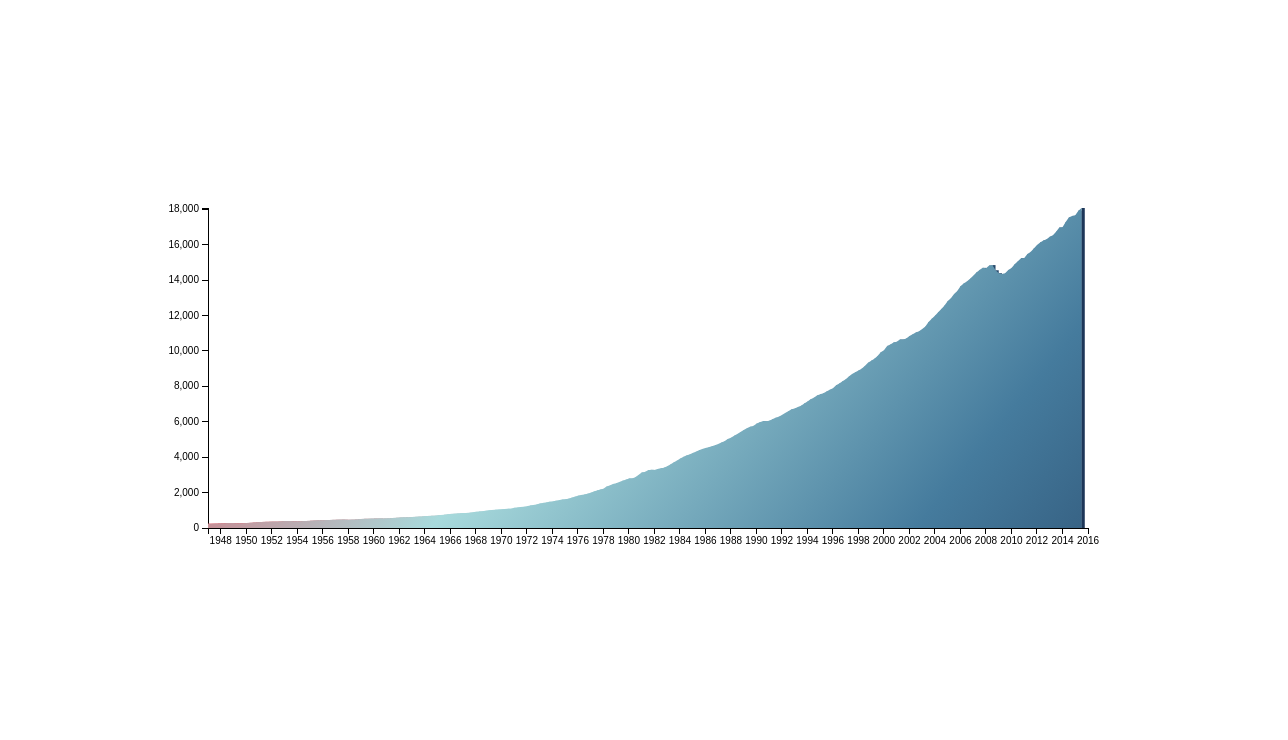
Repository: zizhang-AI/d3-barChart
Page: hello-world.html
The author's editor kept a record of every edit. The page is drawn from the files as they stood at one moment, then again after the next edit.
The browser window is 1280 px wide. The page is 1288 px wide, so the pictures cover 1288 px, including what lies to the right of the window. The pictures show the whole page.

Above is the page before.

After the next edit:
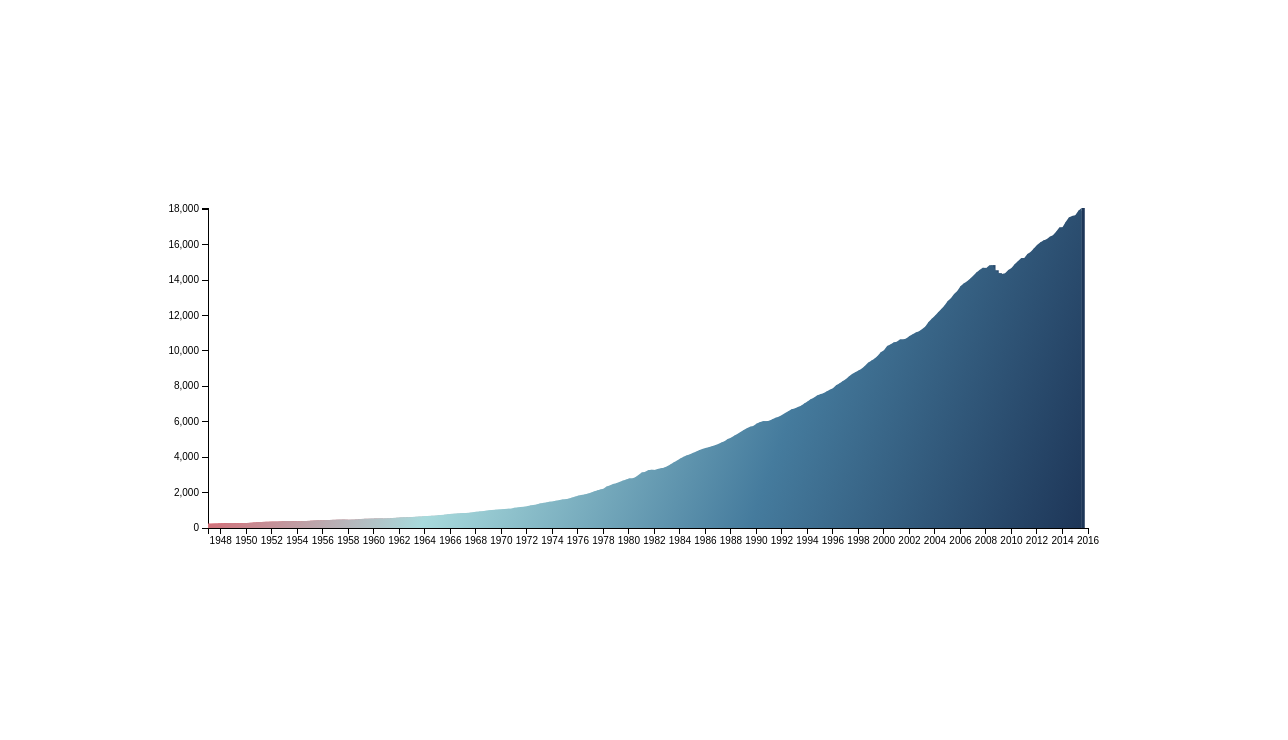
The edit:
--- a/hello-world.html
+++ b/hello-world.html
@@ -72,7 +72,7 @@
 			.attr("x1", 0)
 			.attr("y1", 0)
 			.attr("x2", width - margin.left - margin.right)
-			.attr("y2", '100%')
+			.attr("y2", height - margin.top - margin.bottom)
 		.selectAll("stop")
 			.data([
 			{offset: "0%", color: "#e63946"},
